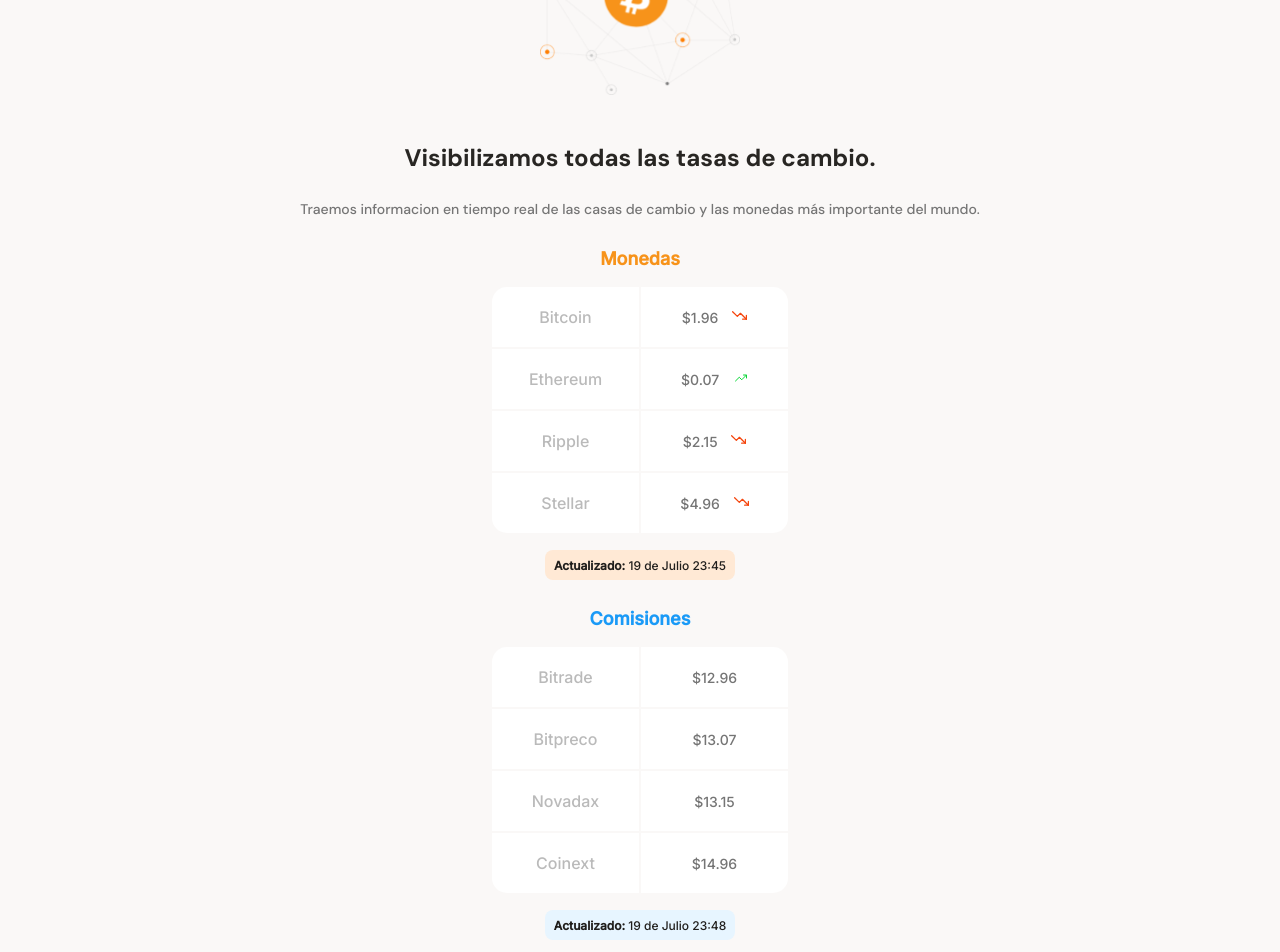
Repository: EnzoSz/Mobile-First
Page: index.html
An editor plug-in stored every save of this project. The page is shown before and after the next save, followed by the edit.
The browser window is 1280 px wide. The pictures show the part of the page from y = 519 to 1471 px (the page is 3342 px tall before and 2938 px after).
Pictures or frames that could not be fetched are drawn as grey boxes.

Above is the page before, as saved 2021-02-05 13:12:12.

After the next save:
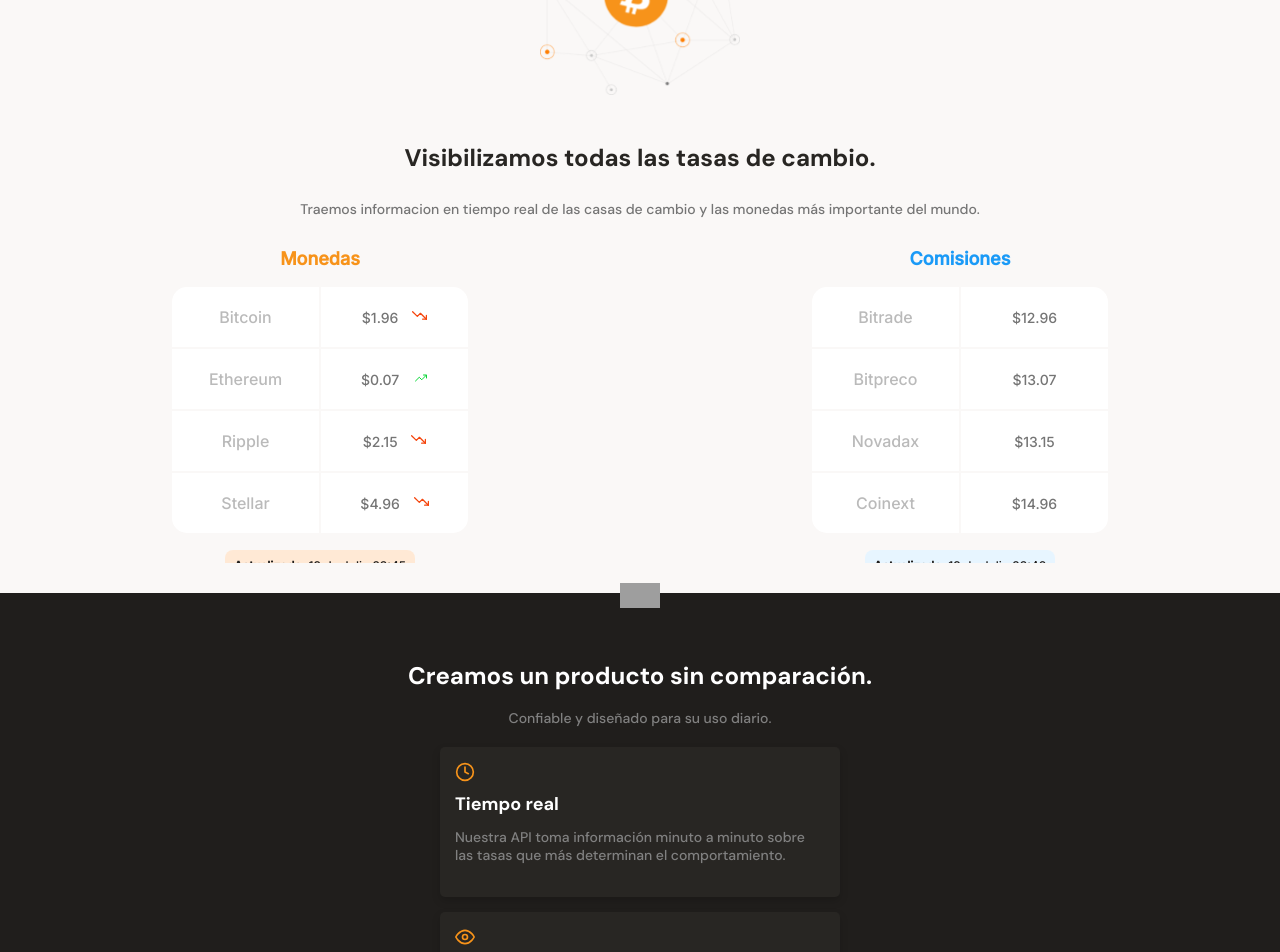
Saved 7 min 53 s later.
--- a/estilos.css
+++ b/estilos.css
@@ -134,6 +134,13 @@
     line-height: 1.6rem;
     color: #757575;
 }
+.main-tables-container {
+    display: flex;
+    height: 316px;
+    overflow-x: scroll;
+    overscroll-behavior: contain;
+    scroll-snap-type: x proximity;
+}
 .main-currency-table, .main-commissions-table {
     width: 70%;
     min-width: 235px;
